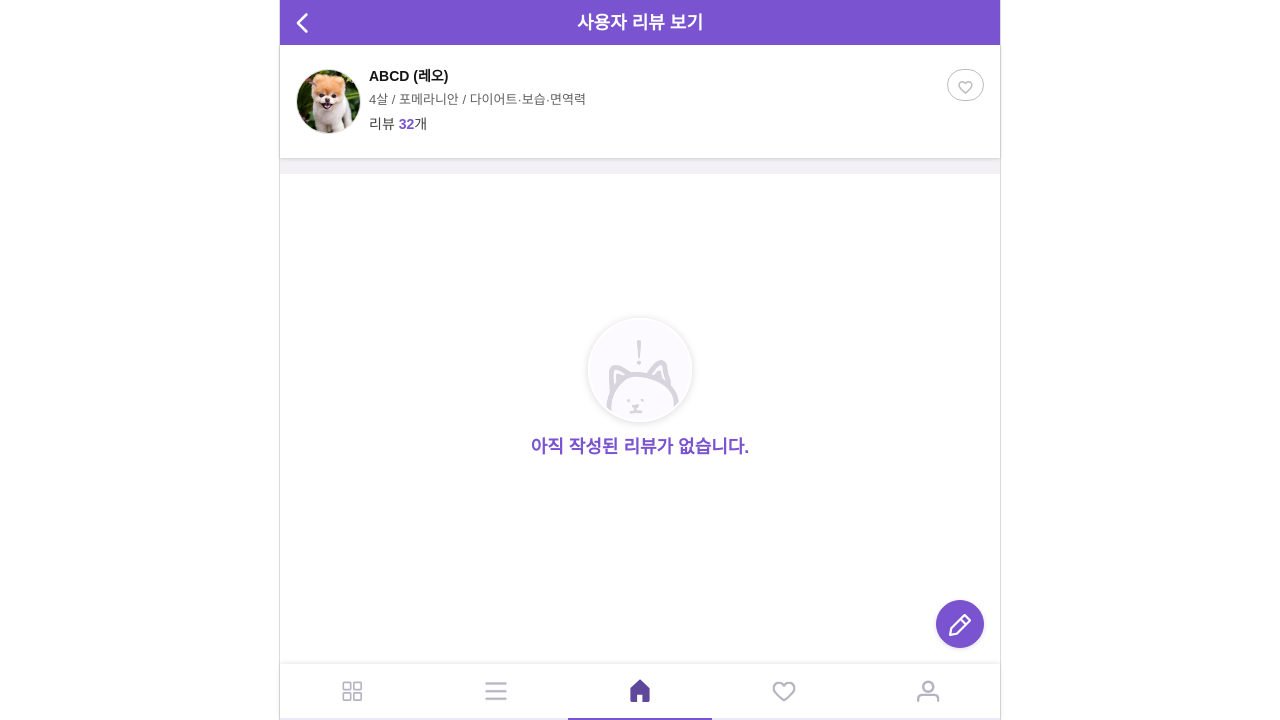
Repository: gosun1018/denguru
Page: home_review_user_noreview.html
An editor plug-in stored every save of this project. The page is shown before and after the next save, followed by the edit.
The browser window is 1280 px wide. The pictures show the whole page.
Some web fonts or font styles are not loaded; a fallback is used. The style sheet was rebuilt from its Sass, Less or Tailwind sources for each picture, by a compiler version that may differ from the author's.

Above is the page before, as saved 2020-03-20 18:26:22.

After the next save:
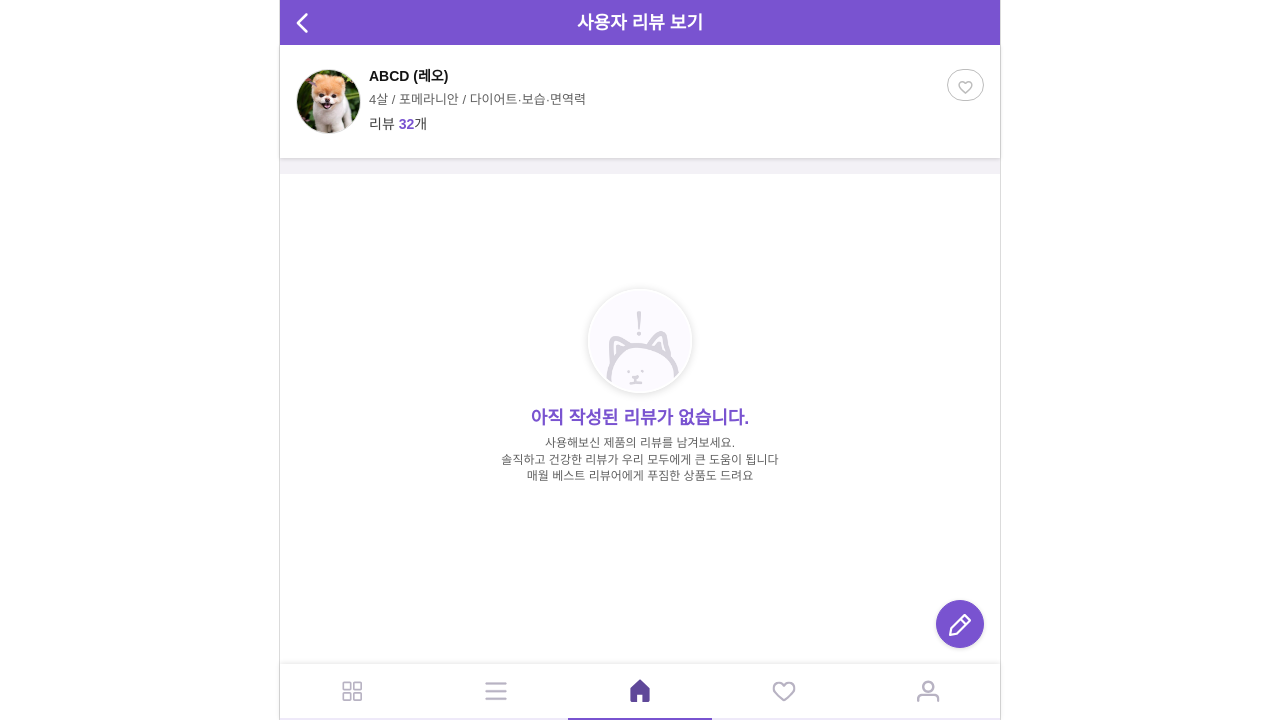
Saved 66 s later.
--- a/home_review_user_noreview.html
+++ b/home_review_user_noreview.html
@@ -80,6 +80,13 @@
                     <div>
                         <div class="img_box img_noreview"><img src="images/profile-noimg.png" alt="" class="img"></div>
                         <div class="txt01 txt_center">아직 작성된 리뷰가 없습니다.</div>
+                        <div class="txt02 txt_center">
+                            사용해보신 제품의 리뷰를 남겨보세요.
+                            <br>
+                            솔직하고 건강한 리뷰가 우리 모두에게 큰 도움이 됩니다
+                            <br>
+                            매월 베스트 리뷰어에게 푸짐한 상품도 드려요
+                        </div>
                     </div>
                 </div>
             </section>
